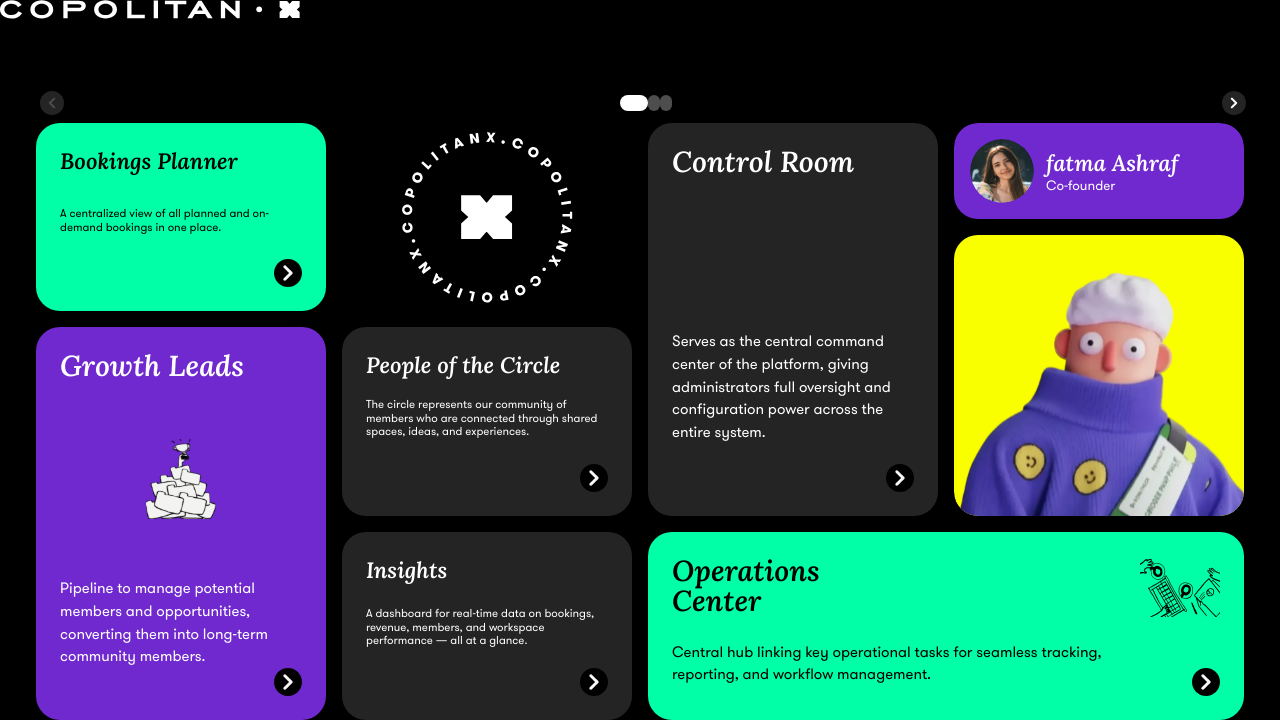
Repository: mohameddtalal/Copolitan-X
Page: /dashboard
The author's editor kept a copy of each file at every save. The page is drawn from the files as they stood at one save, then again after the next save.
The browser window is 1280 px wide. The pictures show the whole page.
The project was rebuilt for these pictures with package versions that can differ from the ones it lists, and the page was loaded fresh each time. The framework's server and built-in components were replaced by stand-ins that run in the browser. Also part of the build but not shown: next.config.ts.

Above is the page before, as saved 2026-02-10 14:41:36.

After the next save:
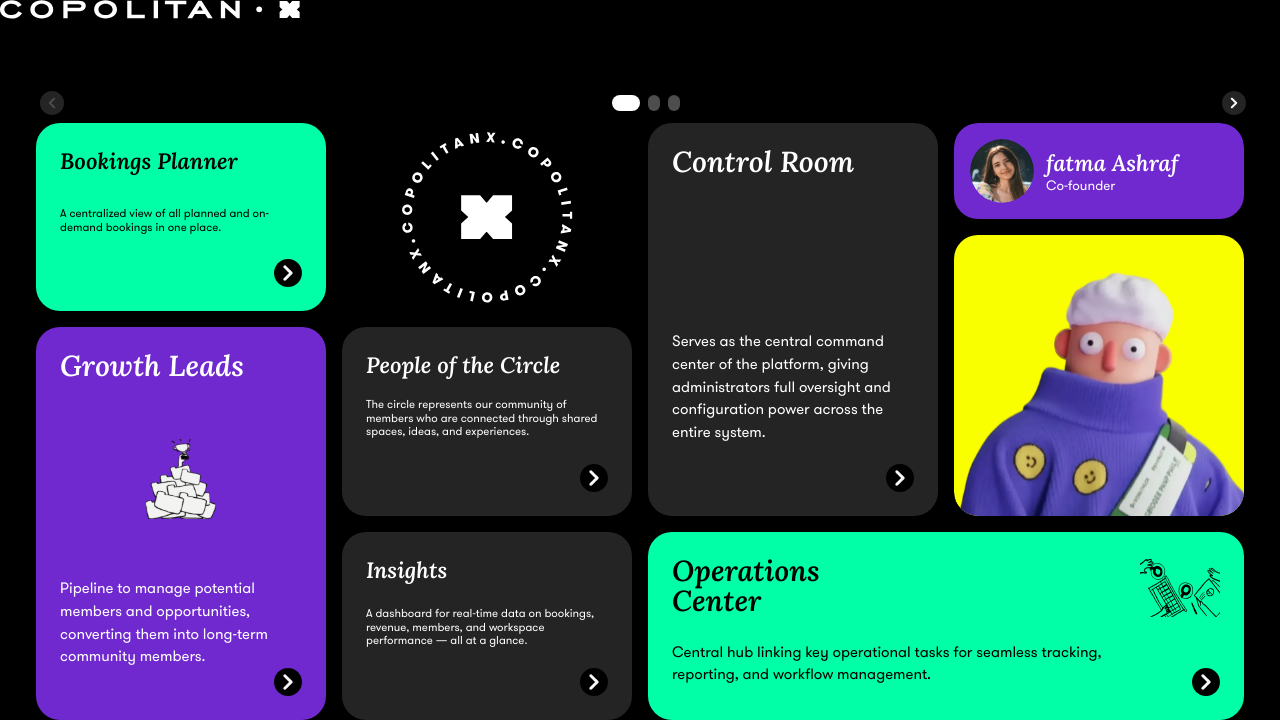
Saved 109 s later.
--- a/src/components/Navigation/Navigation.tsx
+++ b/src/components/Navigation/Navigation.tsx
@@ -32,7 +32,7 @@ export default function Navigation({
           />
         </button>
    {/* Page Indicators */}
-            <div className="flex justify-center  shrink-0 ">
+            <div className="flex justify-center gap-2 shrink-0 ">
                 {pages.map((_, index) => (
                     <button
                         key={index}
